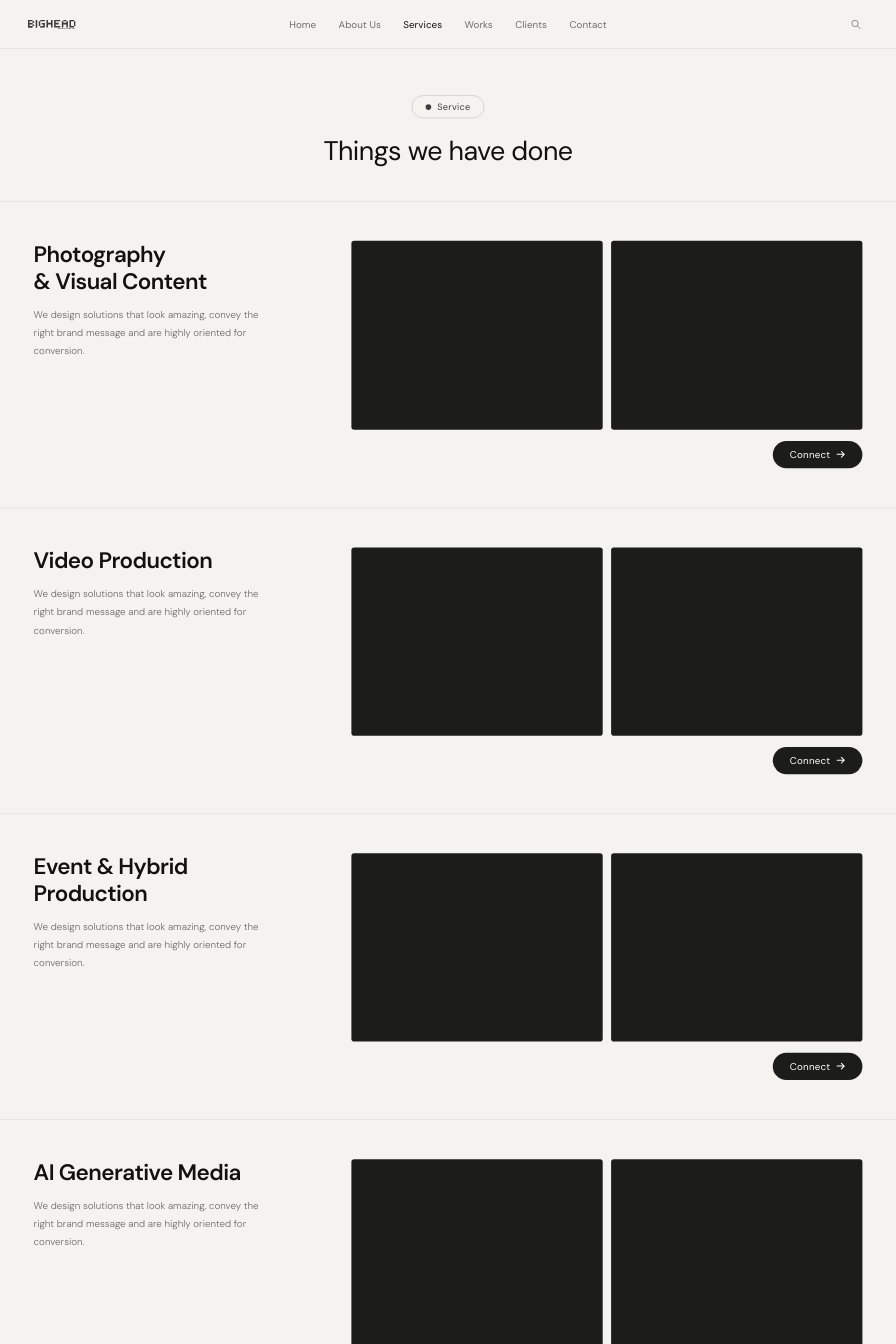
Repository: tony4a09-creator/claude-website
Page: services.html
These files come from the project's save history. The page is drawn as it stood at one moment and after the next save; the edit follows.
The browser window is 1280 px wide. The pictures show the part of the page from y = 0 to 1920 px (the page is 3287 px tall), at 70% of full size.

Above is the page before, as saved 2026-06-24 18:25:51.

After the next save:
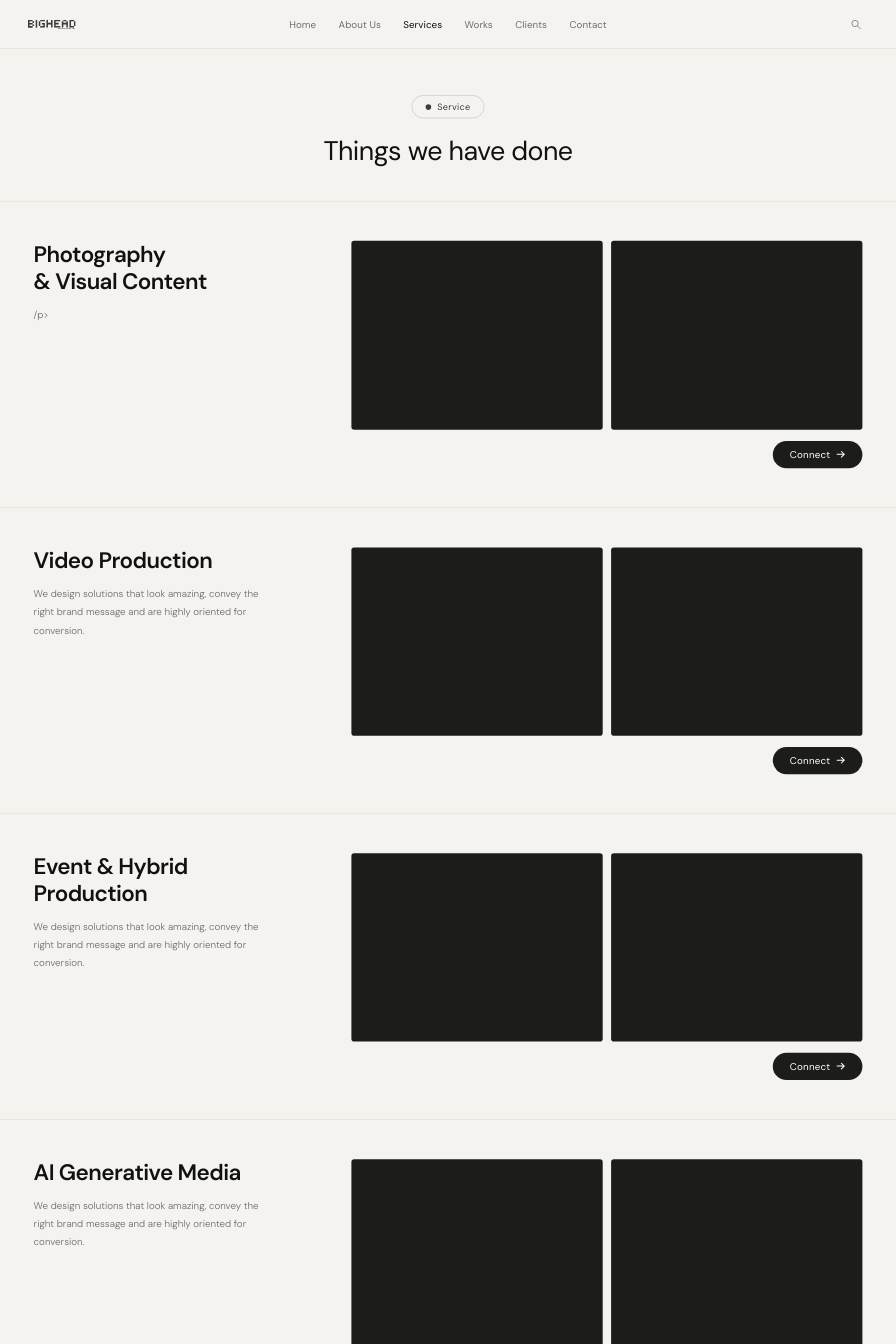
Saved 4 min 3 s later.
--- a/services.html
+++ b/services.html
@@ -375,7 +375,7 @@
     <div class="svc-row reveal">
       <div class="svc-text">
         <h2 class="svc-name">Photography<br>&amp; Visual Content</h2>
-        <p class="svc-desc">We design solutions that look amazing, convey the right brand message and are highly oriented for conversion.</p>
+        <p class="svc-desc">/p>
       </div>
       <div class="svc-visual">
         <div class="svc-images">
